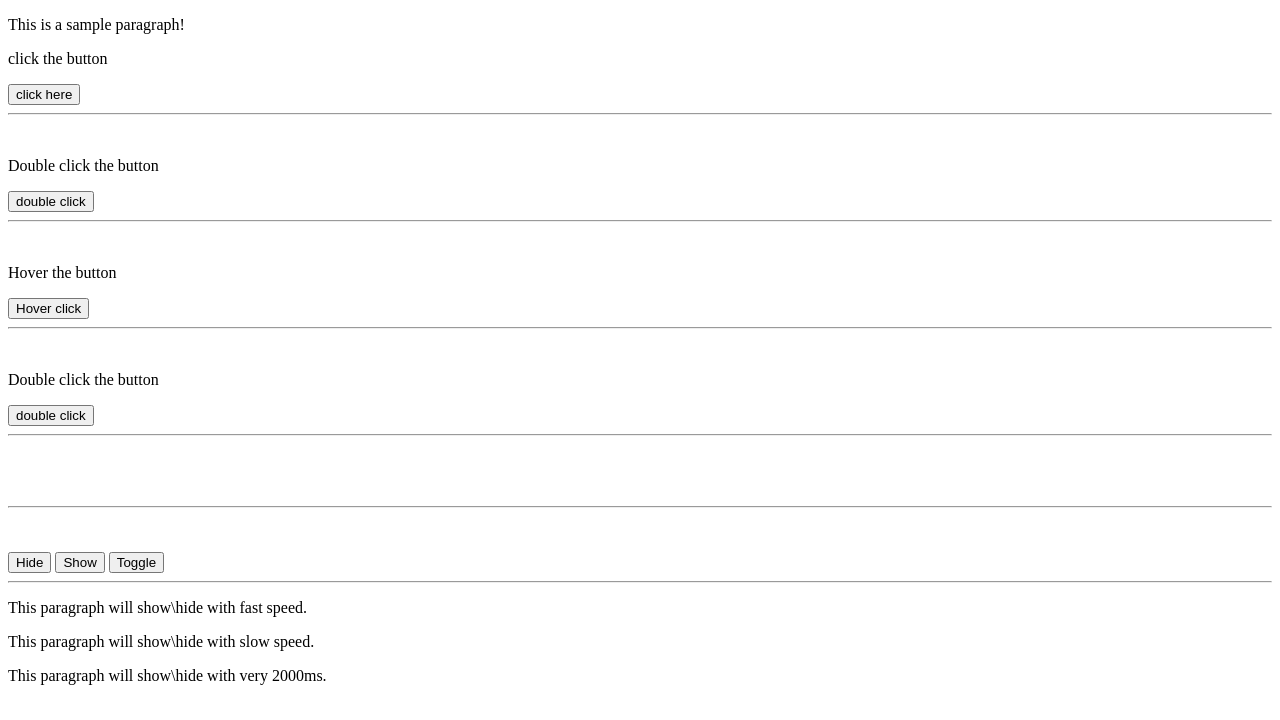
Repository: DhananjayaLakshan/Uom-Web_Design_For_Beginners
Page: Work02/index.html
These files come from the project's save history. The page is drawn as it stood at one moment and after the next save; the edit follows.
The browser window is 1280 px wide. The pictures show the whole page.
After loading, the first visible `button.hideBtn` was clicked once.

Above is the page before, as saved 2023-11-30 21:25:57.

### Work02/index.html
<!DOCTYPE html>
<html lang="en">
<head>
    <meta charset="UTF-8">
    <meta name="viewport" content="width=device-width, initial-scale=1.0">
    <title>jquery</title>
    <script src="jquery-3.7.1.min.js"></script>
</head>
<body>
    <p id="pid">This is a sample paragraph!</p>

    <script>

        $(document).ready(function(){
            $('#pid').click(function(){
                alert('You clicked the paragraph..!!');
            })
        })

        // $('#pid').click(function(){
        //     alert('You clicked the paragraph..!!');
        // });

        // document.getElementById('pid').onclick = function(){
        //     alert('You clicked the paragraph..!!');
        // }

    </script>

    <p>click the button</p>
    <button id="btn1">click here</button>
    <br><hr><br>

    <p>Double click  the button</p>
    <button id="btn2">double click</button>
    <br><hr><br>

    <p>Hover the button</p>
    <button id="btn3">Hover click</button>
    <br><hr><br>

    <p>Double click  the button</p>
    <button id="btn4">double click</button>
    <br><hr><br>

    <script>

        $(document).ready(function(){

            $('#btn1').click(function(){
                $(this).hide();
            });

            $('#btn2').dblclick(function(){
                $(this).hide();
            });

            $('#btn3').hover(function(){
                $(this).css('background-color','pink');
            });

            $('#btn4').on({

                mouseenter:function(){
                    $(this).css("background-color", "cyan");
                },
                mouseleave: function(){
                    $(this).css("background-color", "yellow");
                }
            })


        });
    </script>

    <br><br>
    <hr><br><br>

    <button class="hideBtn">Hide</button>
    <button class="showBtn">Show</button>
    <button class="toggleBtn">Toggle</button>

    <hr>

    <p class="pfast">This paragraph will show\hide with fast speed.</p>
    <p class="pslow">This paragraph will show\hide with slow speed.</p>
    <p class="pclass">This paragraph will show\hide with very 2000ms.</p>

    <script>
        $(document).ready(function(){
            $(".hideBtn").click(function(){
                $("pfast").hide("fast");
                $("pslow").hide("slow");
                $("pclass").hide(2000);
            })
        });
    </script>





</body>
</html>

Loaded but not shown: Work02/jquery-3.7.1.min.js (library)

After the next save:
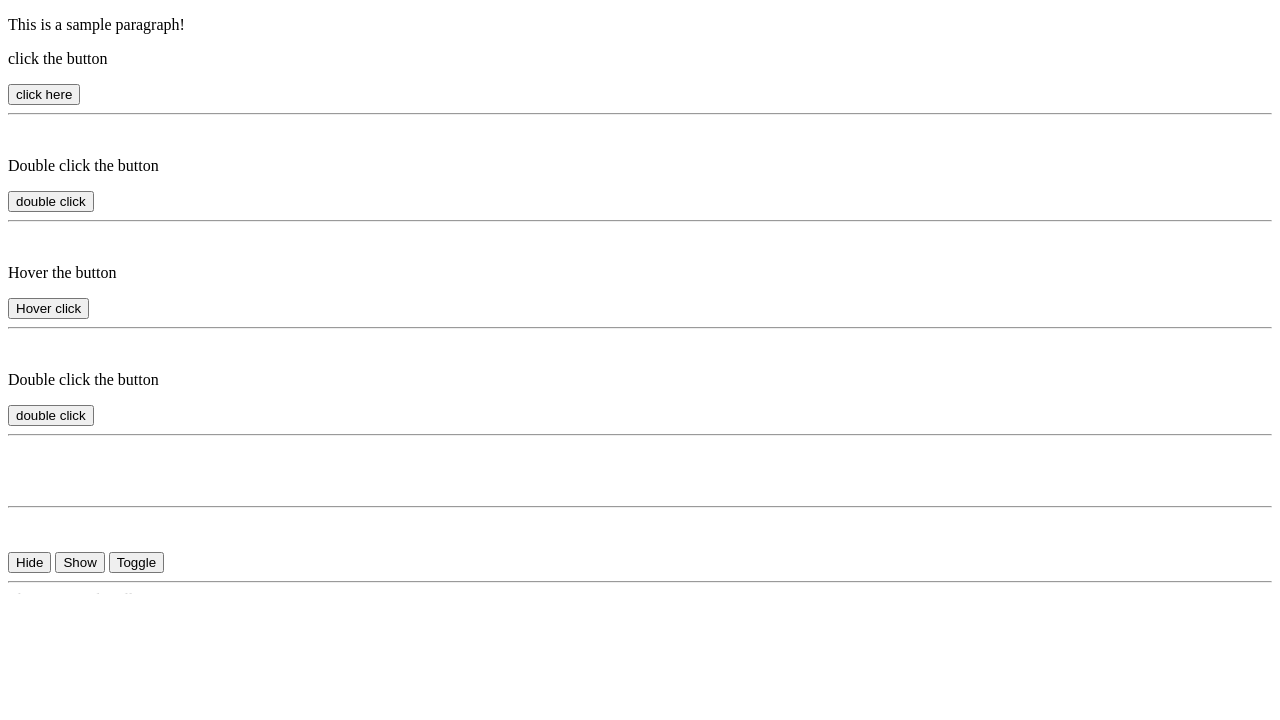
Saved 47 s later.
--- a/Work02/index.html
+++ b/Work02/index.html
@@ -89,9 +89,9 @@
     <script>
         $(document).ready(function(){
             $(".hideBtn").click(function(){
-                $("pfast").hide("fast");
-                $("pslow").hide("slow");
-                $("pclass").hide(2000);
+                $("p.pfast").hide("fast");
+                $("p.pslow").hide("slow");
+                $("p.pclass").hide(2000);
             })
         });
     </script>
